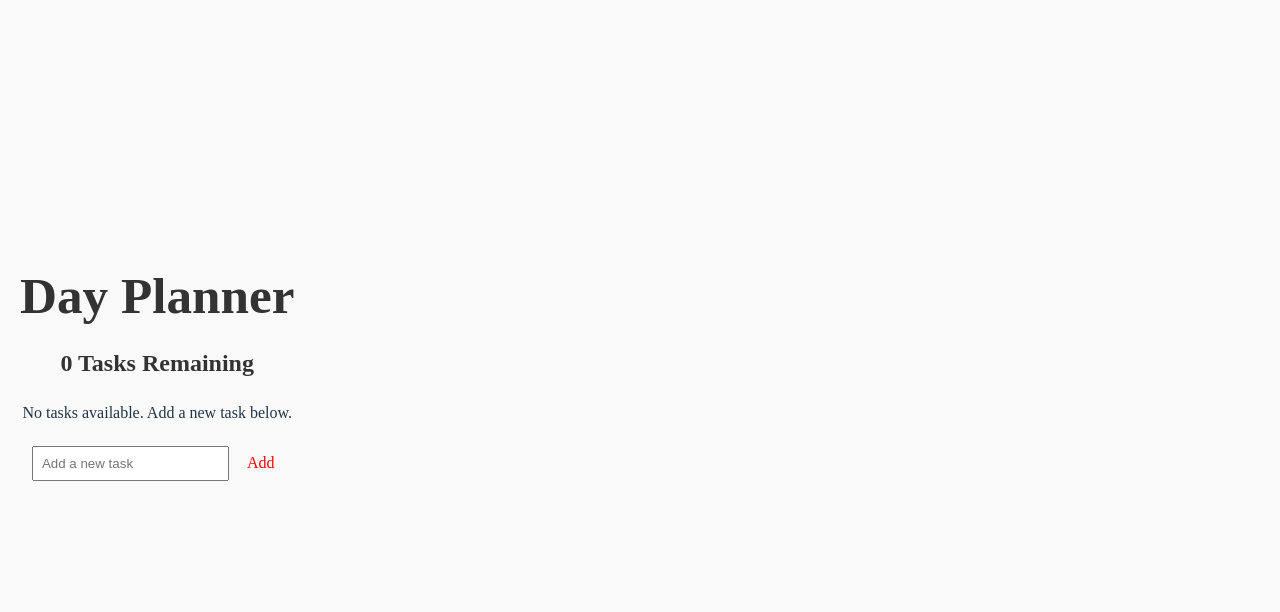
Repository: GavinPahal/Lab7
Page: /
An editor plug-in stored every save of this project. The page is shown before and after the next save, followed by the edit.
The browser window is 1280 px wide. The pictures show the whole page.
The project was rebuilt for these pictures with package versions that can differ from the ones it lists, and the page was loaded fresh each time. Also part of the build but not shown: vite.config.js.

Above is the page before, as saved 2024-10-23 16:48:05.

After the next save:
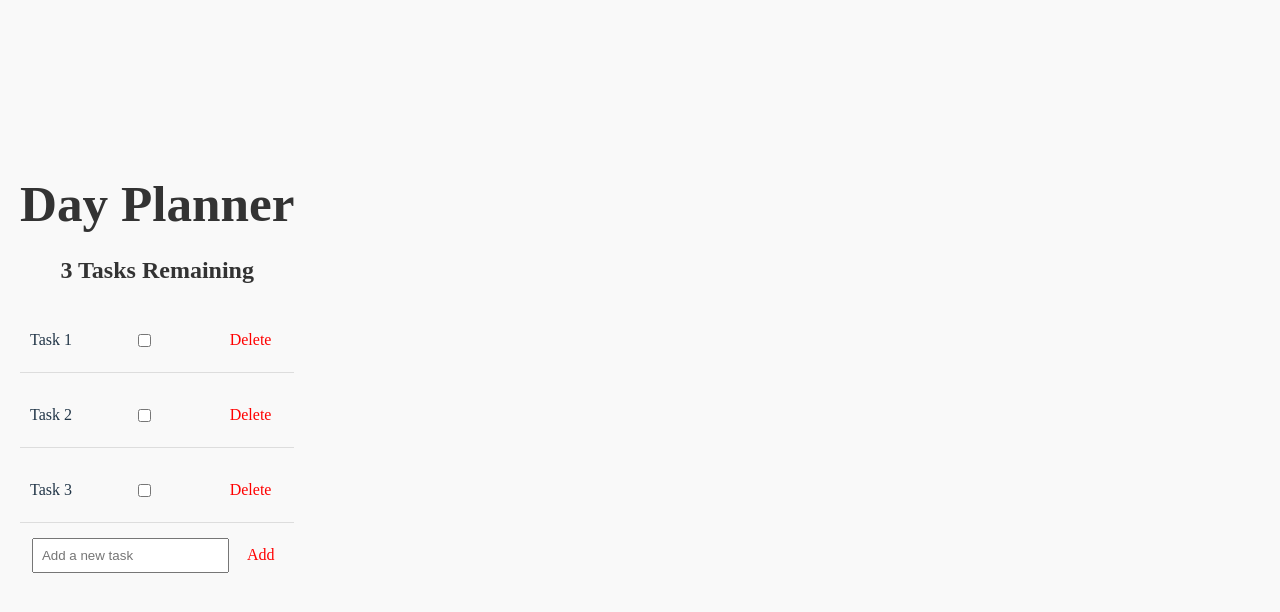
Saved 109 s later.
--- a/src/App.jsx
+++ b/src/App.jsx
@@ -4,8 +4,13 @@ import TaskForm from './components/TaskForm';
 import './App.css';
 
 function App() {
-  const [tasks, setTasks] = useState([]);
-  const [showAll, setShowAll] = useState(false); // State to toggle showing all tasks
+  const [tasks, setTasks] = useState([
+    { text: 'Task 1', isCompleted: false },
+    { text: 'Task 2', isCompleted: false },
+    { text: 'Task 3', isCompleted: false },
+  ]);  // Initial 3 tasks
+
+  const [showAll, setShowAll] = useState(false);  // State to toggle showing all tasks
 
   // Function to add a new task
   const addTask = (task) => {
